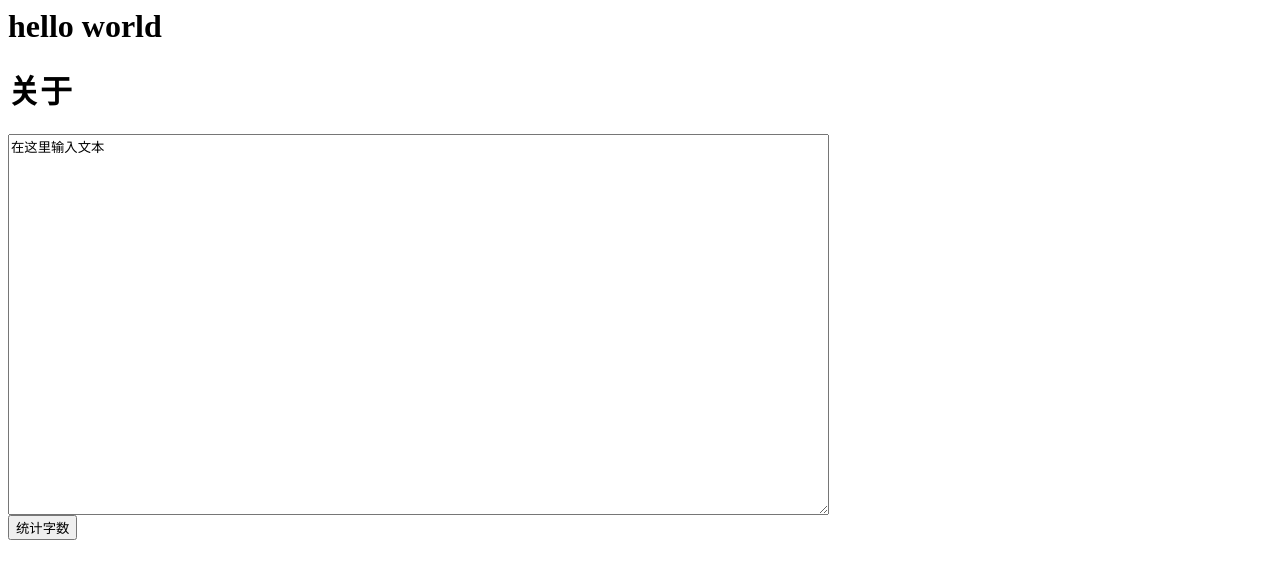
Repository: yoursjay/word_count
Page: http://localhost/
An editor plug-in stored every save of this project. The page is shown before and after the next save, followed by the edit.
The browser window is 1280 px wide. The pictures show the whole page.
The page is served by the project's application, run on Django 2.2 (manage.py).

Above is the page before, as saved 2019-04-17 14:03:37.

After the next save:
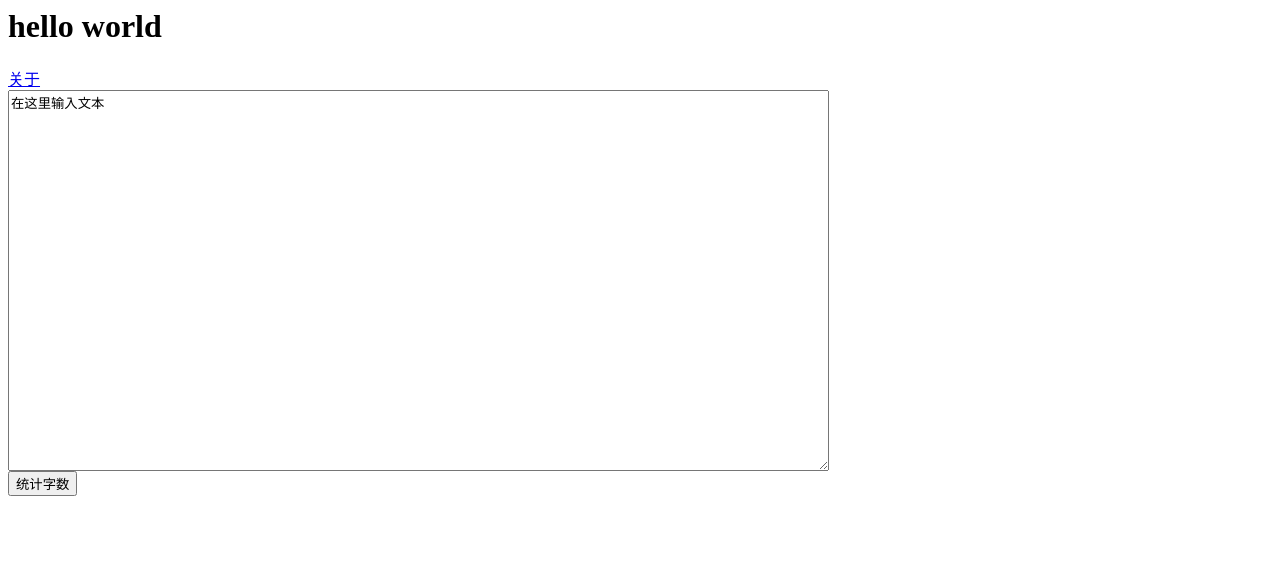
Saved 4 min 37 s later.
--- a/templates/home.html
+++ b/templates/home.html
@@ -1,5 +1,5 @@
 <h1>hello world</h1>
-<h1 >关于</h1>
+<a href="about" >关于</a>
 <form action="count">
     <textarea name="text" cols="100" rows="25">在这里输入文本</textarea>
     <br>
